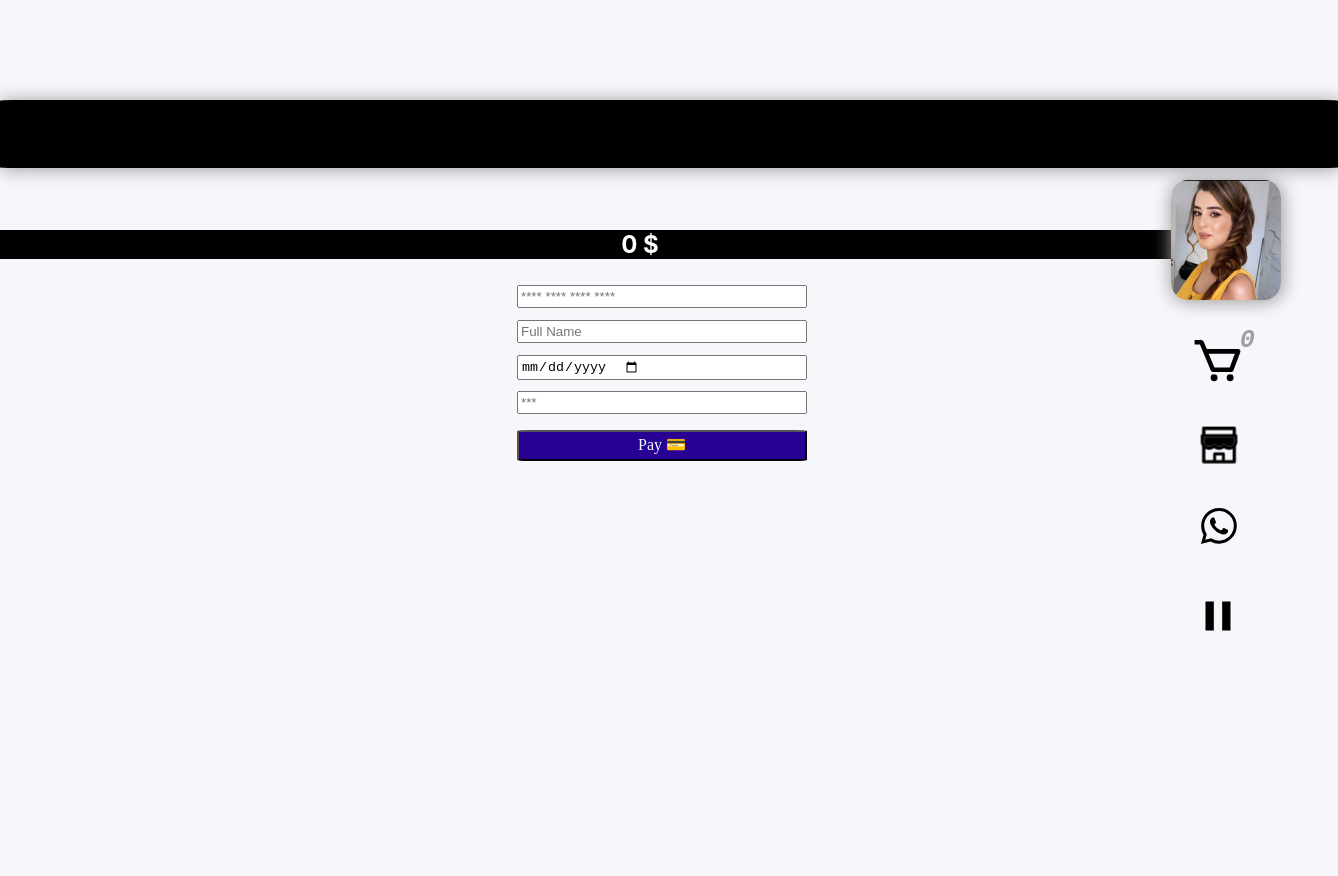
Repository: rehamAbass/BeautyCareShop
Page: /, after clicking the first element matching `svg.cartIcon`
These files come from the project's save history. The page is drawn as it stood at one moment and after the next save; the edit follows.
The browser window is 1280 px wide. The page is 1338 px wide, so the pictures cover 1338 px, including what lies to the right of the window. The pictures show the whole page.
The page's requests for data from a server got no answer. Some web fonts or font styles are not loaded; a fallback is used. The project was rebuilt for these pictures with package versions that can differ from the ones it lists, and the page was loaded fresh each time. No one was signed in, and anything a server would have sent is missing. Also part of the build but not shown: src/components/allProducts/card-list.css, src/components/allProducts/prod/card.css, src/components/allProducts/prod/card.component.jsx, src/components/search-box/search-box.css, src/components/myCart/cartProduct/cartProduct.css, src/components/myCart/cartProduct/cartProduct.jsx. Imported but missing from the stored project, and not drawn on this page: src/components/header/music/ed.mp3.

Above is the page before, as saved 2022-06-08 17:36:23.

After the next save:
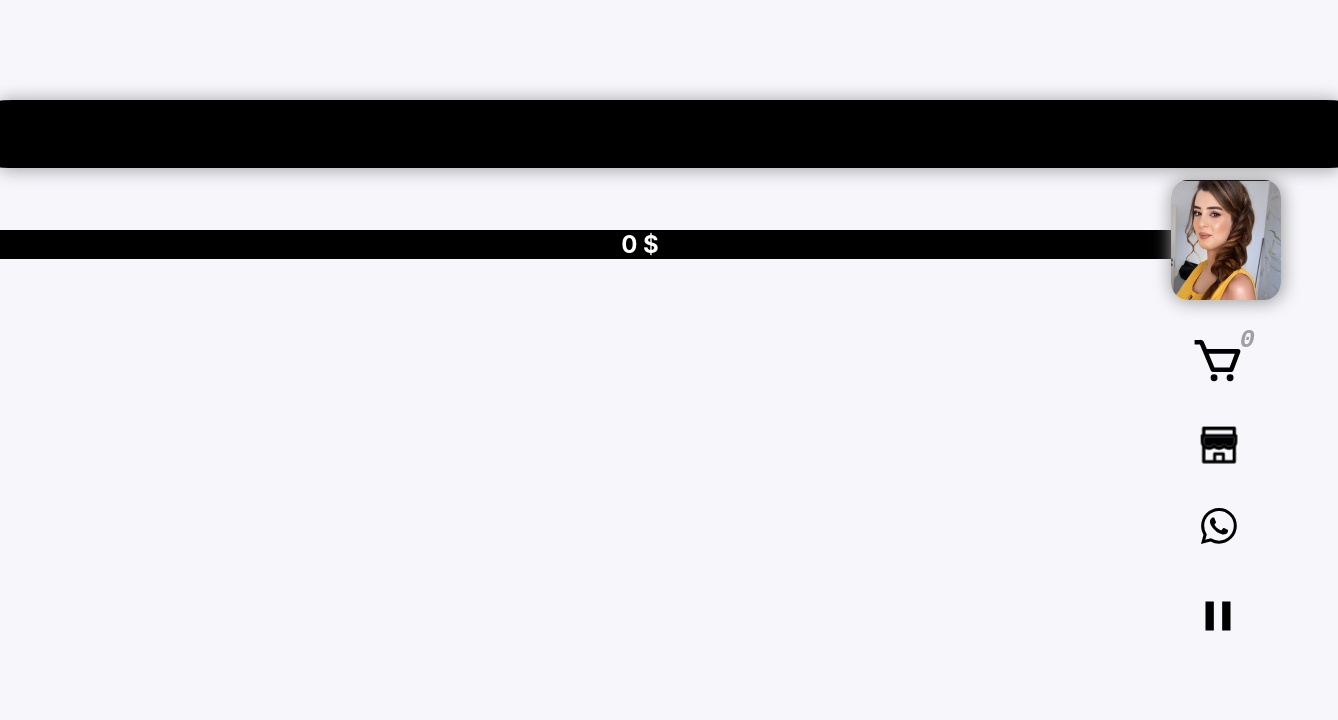
Saved 73 s later.
--- a/src/components/myCart/Payment/Pay.jsx
+++ b/src/components/myCart/Payment/Pay.jsx
@@ -13,7 +13,7 @@ const Pay =(sum, handlePaid, handleSumCount)=>{
  //-------------------------------
 return (
     <div >
-
+    {sum >0 &&
     <form id="cc-form" >
 
     <input type="password" className='inputt'
@@ -32,7 +32,7 @@ return (
                       }}>
                  Pay 💳
                  </button>
-</form>
+</form>}
     </div>
 )
 
